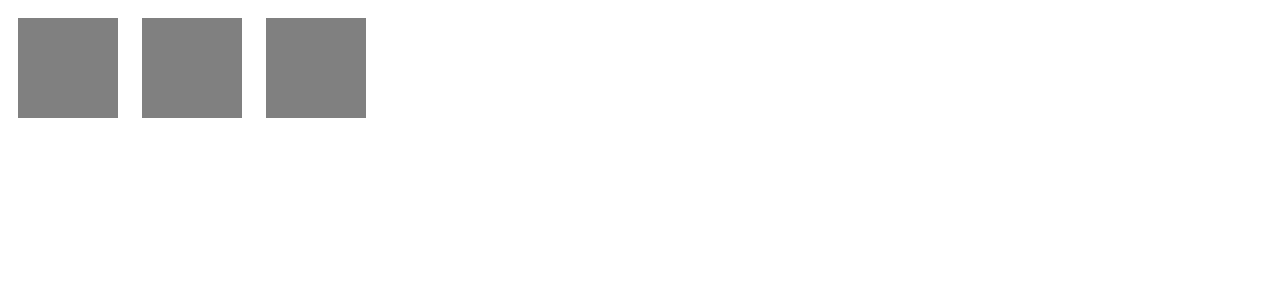
Repository: wojkos/Learn
Page: Vue/index6.html
An editor plug-in stored every save of this project. The page is shown before and after the next save, followed by the edit.
The browser window is 1280 px wide. The pictures show the whole page.

Above is the page before, as saved 2018-04-10 22:53:05.

### Vue/index6.html
<!DOCTYPE html>
<html lang="en">

<head>
    <meta charset="UTF-8">
    <title>Document</title>
    <style>
        .demo {
            width: 100px;
            height: 100px;
            background-color: grey;
            display: inline-block;
            margin: 10px;
        }

        .red {
            background-color: red;
        }

        .blue {
            background-color: blue;
        }

        .green {
            background-color: green;
        }
    </style>
    <script src="vue/vue.js">
    </script>
</head>

<body>
    <div id="app">
        <div class="demo" @click="attachRed = !attachRed" :class="{red: attachRed}"></div>
        <div class="demo" :class="{red: attachRed}"></div>
        <div class="demo"></div>
    </div>


    <script>
        new Vue({
            el: '#app',
            data: {
                attachRed: false
            },
            computed: {
                divClasses: function() {
                    return {
                        red: this.attachRed,
                        blue: !this.attachRed
                    }
                }
            }

        });
    </script>
</body>

</html>

Loaded but not shown: Vue/vue/vue.js (library)

After the next save:
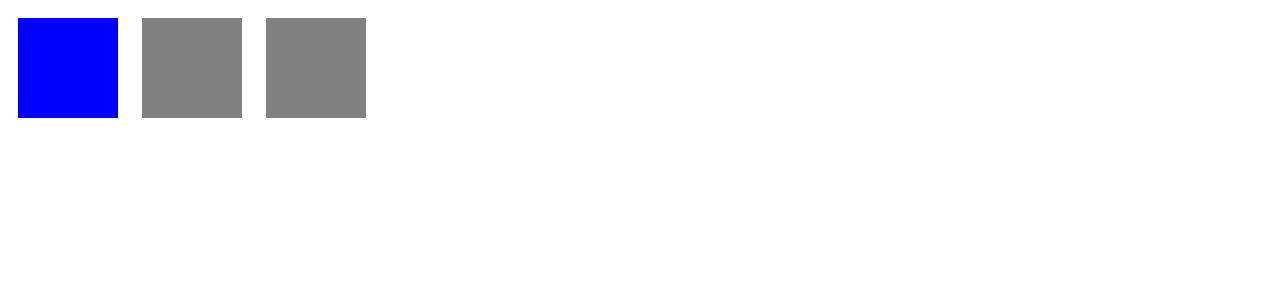
Saved 18 s later.
--- a/Vue/index6.html
+++ b/Vue/index6.html
@@ -31,7 +31,7 @@
 
 <body>
     <div id="app">
-        <div class="demo" @click="attachRed = !attachRed" :class="{red: attachRed}"></div>
+        <div class="demo" @click="attachRed = !attachRed" :class="divClasses"></div>
         <div class="demo" :class="{red: attachRed}"></div>
         <div class="demo"></div>
     </div>
